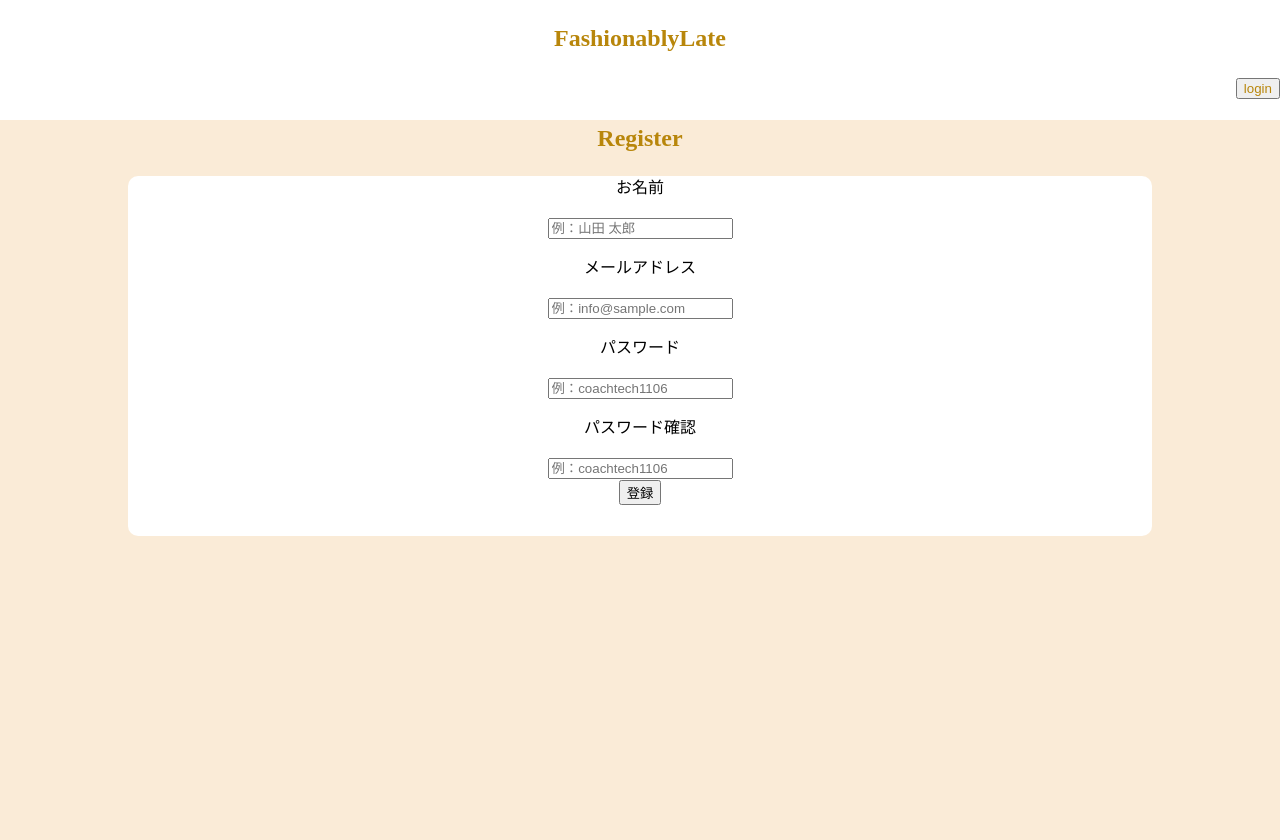
Repository: tokisiro/test-form
Page: http://localhost/register
The author's editor kept a copy of each file at every save. The page is drawn from the files as they stood at one save, then again after the next save.
The browser window is 1280 px wide. The pictures show the whole page.
The page is served by the project's Laravel application, run on PHP 8.4 with Laravel 8. A made-up administrator, Test User (test@example.com), is signed in. Other server files are loaded and not shown.

Above is the page before, as saved 2025-05-07 20:39:45.

### src/routes/web.php
<?php

use Illuminate\Support\Facades\Route;
use App\Http\Controllers\ContactController;
use App\Http\Controllers\UsersController;
use Laravel\Fortify\Http\Controllers\AuthenticatedSessionController;
use Laravel\Fortify\Http\Controllers\RegisteredUserController;
/*
|--------------------------------------------------------------------------
| Web Routes
|--------------------------------------------------------------------------
|
| Here is where you can register web routes for your application. These
| routes are loaded by the RouteServiceProvider within a group which
| contains the "web" middleware group. Now create something great!
|
*/

Route::get('/',[ContactController::class, 'index']);
Route::post('/confirm',[ContactController::class, 'confirm']);
Route::post('/create',[ContactController::class, 'create']);

Route::post('/admin',[UsersController::class, 'admin']);
Route::get('/register',[UsersController::class, 'register']);




Route::middleware('auth')->group(function () {
    Route::get('/admin', [UsersController::class, 'admin']);
});

### src/app/Models/User.php
<?php

namespace App\Models;

use Illuminate\Contracts\Auth\MustVerifyEmail;
use Illuminate\Database\Eloquent\Factories\HasFactory;
use Illuminate\Foundation\Auth\User as Authenticatable;
use Illuminate\Notifications\Notifiable;
use Laravel\Sanctum\HasApiTokens;

class User extends Authenticatable
{
    use HasApiTokens, HasFactory, Notifiable;
    protected $table = 'users';

    /**
     * The attributes that are mass assignable.
     *
     * @var array<int, string>
     */
    protected $fillable = [
        'name',
        'email',
        'password',
        'remember_token',
    ];

    /**
     * The attributes that should be hidden for serialization.
     *
     * @var array<int, string>
     */
    protected $hidden = [
        'password',
        'remember_token',
    ];

    /**
     * The attributes that should be cast.
     *
     * @var array<string, string>
     */
    protected $casts = [
        'email_verified_at' => 'datetime',
    ];

    public function contacts()
{
    return $this->hasMany(Contact::class);
}
}

### src/app/Http/Controllers/UsersController.php
<?php

namespace App\Http\Controllers;

use App\Models\Category;
use App\Models\Contact;
use App\Models\User;
use Illuminate\Http\Request;
use App\Http\Requests\RegisterUserRequest;

//管理者用
class UsersController extends Controller
{
    public function register(){
        return view('register');
    }
    public function create(RegisterUserRequest $request){
        $form = $request->all();
        User::create($form);
        return view('login');
    }
    public function login(){
        return view('login');
    }
    public function admin(){


        $contacts = Contact::all()->map(function($contact) {
        switch($contact->gender) {
        case 1:
            $contact->gender_text = '男性';
            break;
        case 2:
            $contact->gender_text = '女性';
            break;
        case 3:
            $contact->gender_text = 'その他';
            break;
        default:
            $contact->gender_text = '';
            break;
        }
        // お問い合わせ内容を変換
        switch($contact->category_id) {
        case 1:
            $contact->category_name = '商品のお届けについて';
            break;
        case 2:
            $contact->category_name = '商品の交換について';
            break;
        case 3:
            $contact->category_name = '商品トラブル';
            break;
        case 4:
            $contact->category_name = 'ショップへのお問い合わせ';
            break;
        case 5:
            $contact->category_name = 'その他';
            break;
        default:
            $contact->category_name = '';
            break;
        }
        return $contact;
    });

    // もしももともと contacts がなければ空のコレクションを設定
    if ($contacts->isEmpty()) {
        $contacts = collect();
    }

    // ビューに渡す
    return view('admin', ['contacts' => $contacts]);


    }
}

### src/resources/views/register.blade.php
<!DOCTYPE html>
<html lang="ja">
<head>
    <meta charset="UTF-8">
    <meta http-equiv="X-UA-Compatible" content="IE=edge">
    <meta name="viewport" content="width=device-width, initial-scale=1.0">
    <title>FashionablyLate</title>
    <link rel="stylesheet" href="css/sanitize.css" />
    <link rel="stylesheet" href="css/register.css" />
</head>
<body>
    <!--ユーザー登録ページ-->
    <header class="header">
        <div class="header__inner">
            <a class="header__logo" href="/">
                FashionablyLate
            </a>
        </div>
        <div class="header__button">
            <a  href="/login">
                <button class="header__button-item">
                    login
                </button>
            </a>
        </div>
    </header>
    <main>
        <div class="register-form">
            <div class="register-form__title">
                <h2>Register</h2>
            </div>
            <div class="register-form__content">
                    <div class="register-form__content-item">
                        <form action="/register" method="post">
                            @csrf
                            @if (count($errors) > 0)
                            <ul>
                                @foreach ($errors->all() as $error)
                                    <li>{{$error}}</li>
                                @endforeach
                            </ul>
                        @endif
                            <p>お名前</p>
                            <input type="text" name="name" value="{{ old('name') }}" placeholder="例：山田 太郎">
                            <p>メールアドレス</p>
                            <input type="email" name="email" value="{{ old('email') }}" placeholder="例：info@sample.com">
                            <p>パスワード</p>
                            <input type="password" name="password" placeholder="例：coachtech1106">
                            <p>パスワード確認</p>
                            <input type="password" name="password_confirmation" placeholder="例：coachtech1106">
                            <div class="register-form__button">
                            <button class="register-form__button-submit" type="submit">
                                登録
                            </button>
                        </div>
                        </form>
                    </div>
                <!--ボタン類を記述-->
                </div>
            </div>
        </div>
    </main>
</body>
</html>

### src/public/css/sanitize.css
/* Document
* ========================================================================== */

/**
* Add border box sizing in all browsers (opinionated).
*/

*,
::before,
::after {
    box-sizing: border-box;
}

/**
* 1. Add text decoration inheritance in all browsers (opinionated).
* 2. Add vertical alignment inheritance in all browsers (opinionated).
*/

::before,
::after {
    vertical-align: inherit;
    /* 2 */
    text-decoration: inherit;
    /* 1 */
}

/**
* 1. Use the default cursor in all browsers (opinionated).
* 2. Change the line height in all browsers (opinionated).
* 3. Use a 4-space tab width in all browsers (opinionated).
* 4. Remove the grey highlight on links in iOS (opinionated).
* 5. Prevent adjustments of font size after orientation changes in
*    IE on Windows Phone and in iOS.
* 6. Breaks words to prevent overflow in all browsers (opinionated).
*/

html {
    word-break: break-word;
    /* 6 */
    -moz-tab-size: 4;
    /* 3 */
    tab-size: 4;
    /* 3 */
    line-height: 1.5;
    /* 2 */
    cursor: default;
    /* 1 */

    -webkit-tap-highlight-color: transparent
        /* 4 */
    ;
    -ms-text-size-adjust: 100%;
    /* 5 */
    -webkit-text-size-adjust: 100%;
    /* 5 */
}

/* Sections
* ========================================================================== */

/**
* Remove the margin in all browsers (opinionated).
*/

body {
    margin: 0;
}

/**
* Correct the font size and margin on `h1` elements within `section` and
* `article` contexts in Chrome, Edge, Firefox, and Safari.
*/

h1 {
    margin: 0.67em 0;
    font-size: 2em;
}

/* Grouping content
* ========================================================================== */

/**
* Remove the margin on nested lists in Chrome, Edge, IE, and Safari.
*/

dl dl,
dl ol,
dl ul,
ol dl,
ul dl {
    margin: 0;
}

/**
* Remove the margin on nested lists in Edge 18- and IE.
*/

ol ol,
ol ul,
ul ol,
ul ul {
    margin: 0;
}

/**
* 1. Add the correct sizing in Firefox.
* 2. Show the overflow in Edge 18- and IE.
*/

hr {
    overflow: visible;
    /* 2 */
    height: 0;
    /* 1 */
}

/**
* Add the correct display in IE.
*/

main {
    display: block;
}

/**
* Remove the list style on navigation lists in all browsers (opinionated).
*/

nav ol,
nav ul {
    padding: 0;
    list-style: none;
}

/**
* 1. Correct the inheritance and scaling of font size in all browsers.
* 2. Correct the odd `em` font sizing in all browsers.
*/

pre {
    font-size: 1em;
    /* 2 */
    font-family: monospace, monospace;
    /* 1 */
}

/* Text-level semantics
* ========================================================================== */

/**
* Remove the gray background on active links in IE 10.
*/

a {
    background-color: transparent;
}

/**
* Add the correct text decoration in Edge 18-, IE, and Safari.
*/

abbr[title] {
    text-decoration: underline;
    text-decoration: underline dotted;
}

/**
* Add the correct font weight in Chrome, Edge, and Safari.
*/

b,
strong {
    font-weight: bolder;
}

/**
* 1. Correct the inheritance and scaling of font size in all browsers.
* 2. Correct the odd `em` font sizing in all browsers.
*/

code,
kbd,
samp {
    font-size: 1em;
    /* 2 */
    font-family: monospace, monospace;
    /* 1 */
}

/**
* Add the correct font size in all browsers.
*/

small {
    font-size: 80%;
}

/* Embedded content
* ========================================================================== */

/*
* Change the alignment on media elements in all browsers (opinionated).
*/

audio,
canvas,
iframe,
img,
svg,
video {
    vertical-align: middle;
}

/**
* Add the correct display in IE 9-.
*/

audio,
video {
    display: inline-block;
}

/**
* Add the correct display in iOS 4-7.
*/

audio:not([controls]) {
    display: none;
    height: 0;
}

/**
* Remove the border on iframes in all browsers (opinionated).
*/

iframe {
    border-style: none;
}

/**
* Remove the border on images within links in IE 10-.
*/

img {
    border-style: none;
}

/**
* Change the fill color to match the text color in all browsers (opinionated).
*/

svg:not([fill]) {
    fill: currentColor;
}

/**
* Hide the overflow in IE.
*/

svg:not(:root) {
    overflow: hidden;
}

/* Tabular data
* ========================================================================== */

/**
* Collapse border spacing in all browsers (opinionated).
*/

table {
    border-collapse: collapse;
}

/* Forms
* ========================================================================== */

/**
* Remove the margin on controls in Safari.
*/

button,
input,
select {
    margin: 0;
}

/**
* 1. Show the overflow in IE.
* 2. Remove the inheritance of text transform in Edge 18-, Firefox, and IE.
*/

button {
    overflow: visible;
    /* 1 */
    text-transform: none;
    /* 2 */
}

/**
* Correct the inability to style buttons in iOS and Safari.
*/

button,
[type="button"],
[type="reset"],
[type="submit"] {
    -webkit-appearance: button;
}

/**
* 1. Change the inconsistent appearance in all browsers (opinionated).
* 2. Correct the padding in Firefox.
*/

fieldset {
    padding: 0.35em 0.75em 0.625em;
    /* 2 */
    border: 1px solid #a0a0a0;
    /* 1 */
}

/**
* Show the overflow in Edge 18- and IE.
*/

input {
    overflow: visible;
}

/**
* 1. Correct the text wrapping in Edge 18- and IE.
* 2. Correct the color inheritance from `fieldset` elements in IE.
*/

legend {
    display: table;
    /* 1 */
    max-width: 100%;
    /* 1 */
    color: inherit;
    /* 2 */
    white-space: normal;
    /* 1 */
}

/**
* 1. Add the correct display in Edge 18- and IE.
* 2. Add the correct vertical alignment in Chrome, Edge, and Firefox.
*/

progress {
    display: inline-block;
    /* 1 */
    vertical-align: baseline;
    /* 2 */
}

/**
* Remove the inheritance of text transform in Firefox.
*/

select {
    text-transform: none;
}

/**
* 1. Remove the margin in Firefox and Safari.
* 2. Remove the default vertical scrollbar in IE.
* 3. Change the resize direction in all browsers (opinionated).
*/

textarea {
    overflow: auto;
    /* 2 */
    margin: 0;
    /* 1 */
    resize: vertical;
    /* 3 */
}

/**
* Remove the padding in IE 10-.
*/

[type="checkbox"],
[type="radio"] {
    padding: 0;
}

/**
* 1. Correct the odd appearance in Chrome, Edge, and Safari.
* 2. Correct the outline style in Safari.
*/

[type="search"] {
    outline-offset: -2px;
    /* 2 */

    -webkit-appearance: textfield;
    /* 1 */
}

/**
* Correct the cursor style of increment and decrement buttons in Safari.
*/

::-webkit-inner-spin-button,
::-webkit-outer-spin-button {
    height: auto;
}

/**
* Correct the text style of placeholders in Chrome, Edge, and Safari.
*/

::-webkit-input-placeholder {
    color: inherit;
    opacity: 0.54;
}

/**
* Remove the inner padding in Chrome, Edge, and Safari on macOS.
*/

::-webkit-search-decoration {
    -webkit-appearance: none;
}

/**
* 1. Correct the inability to style upload buttons in iOS and Safari.
* 2. Change font properties to `inherit` in Safari.
*/

::-webkit-file-upload-button {
    font: inherit;
    /* 2 */

    -webkit-appearance: button;
    /* 1 */
}

/**
* Remove the inner border and padding of focus outlines in Firefox.
*/

::-moz-focus-inner {
    padding: 0;
    border-style: none;
}

/**
* Restore the focus outline styles unset by the previous rule in Firefox.
*/

:-moz-focusring {
    outline: 1px dotted ButtonText;
}

/**
* Remove the additional :invalid styles in Firefox.
*/

:-moz-ui-invalid {
    box-shadow: none;
}

/* Interactive
* ========================================================================== */

/*
* Add the correct display in Edge 18- and IE.
*/

details {
    display: block;
}

/*
* Add the correct styles in Edge 18-, IE, and Safari.
*/

dialog {
    position: absolute;
    right: 0;
    left: 0;
    display: block;
    margin: auto;
    padding: 1em;
    width: -moz-fit-content;
    width: -webkit-fit-content;
    width: fit-content;
    height: -moz-fit-content;
    height: -webkit-fit-content;
    height: fit-content;
    border: solid;
    background-color: white;
    color: black;
}

dialog:not([open]) {
    display: none;
}

/*
* Add the correct display in all browsers.
*/

summary {
    display: list-item;
}

/* Scripting
* ========================================================================== */

/**
* Add the correct display in IE 9-.
*/

canvas {
    display: inline-block;
}

/**
* Add the correct display in IE.
*/

template {
    display: none;
}

/* User interaction
* ========================================================================== */

/*
* 1. Remove the tapping delay in IE 10.
* 2. Remove the tapping delay on clickable elements
in all browsers (opinionated).
*/

a,
area,
button,
input,
label,
select,
summary,
textarea,
[tabindex] {
    -ms-touch-action: manipulation;
    /* 1 */
    touch-action: manipulation;
    /* 2 */
}

/**
* Add the correct display in IE 10-.
*/

[hidden] {
    display: none;
}

/* Accessibility
* ========================================================================== */

/**
* Change the cursor on busy elements in all browsers (opinionated).
*/

[aria-busy="true"] {
    cursor: progress;
}

/*
* Change the cursor on control elements in all browsers (opinionated).
*/

[aria-controls] {
    cursor: pointer;
}

/*
* Change the cursor on disabled, not-editable, or otherwise
* inoperable elements in all browsers (opinionated).
*/

[aria-disabled="true"],
[disabled] {
    cursor: not-allowed;
}

/*
* Change the display on visually hidden accessible elements
* in all browsers (opinionated).
*/

[aria-hidden="false"][hidden] {
    display: initial;
}

[aria-hidden="false"][hidden]:not(:focus) {
    position: absolute;
    clip: rect(0, 0, 0, 0);
}

### src/public/css/register.css

.header {
    background-color: white;

}

.header__inner
{
    margin: 0 auto;
    padding: 20px 15px;
    max-width: 1230px;
    text-align: center;
}

.header__logo {
    color: #B8860B;
    text-decoration: none;
    font-weight: bold;
    font-size: 24px;
    font-family: serif;
}

.header__button{
    position: relative;
    text-align: right;
}

.header__button-item{
    color: #B8860B;
    background-color: ;
}


.register-form {
    background-color: antiquewhite;
    height: 100vh;
    text-align: center;
}

.register-form__title{
    color: #B8860B;
    font-family: serif;
}

.register-form__content{
    background-color: white;
    width: 80%;
    height: 50%;
    margin: 0 auto;
    border-radius: 10px;
}

Loaded but not shown: src/app/Http/Controllers/Controller.php (common file)

After the next save:
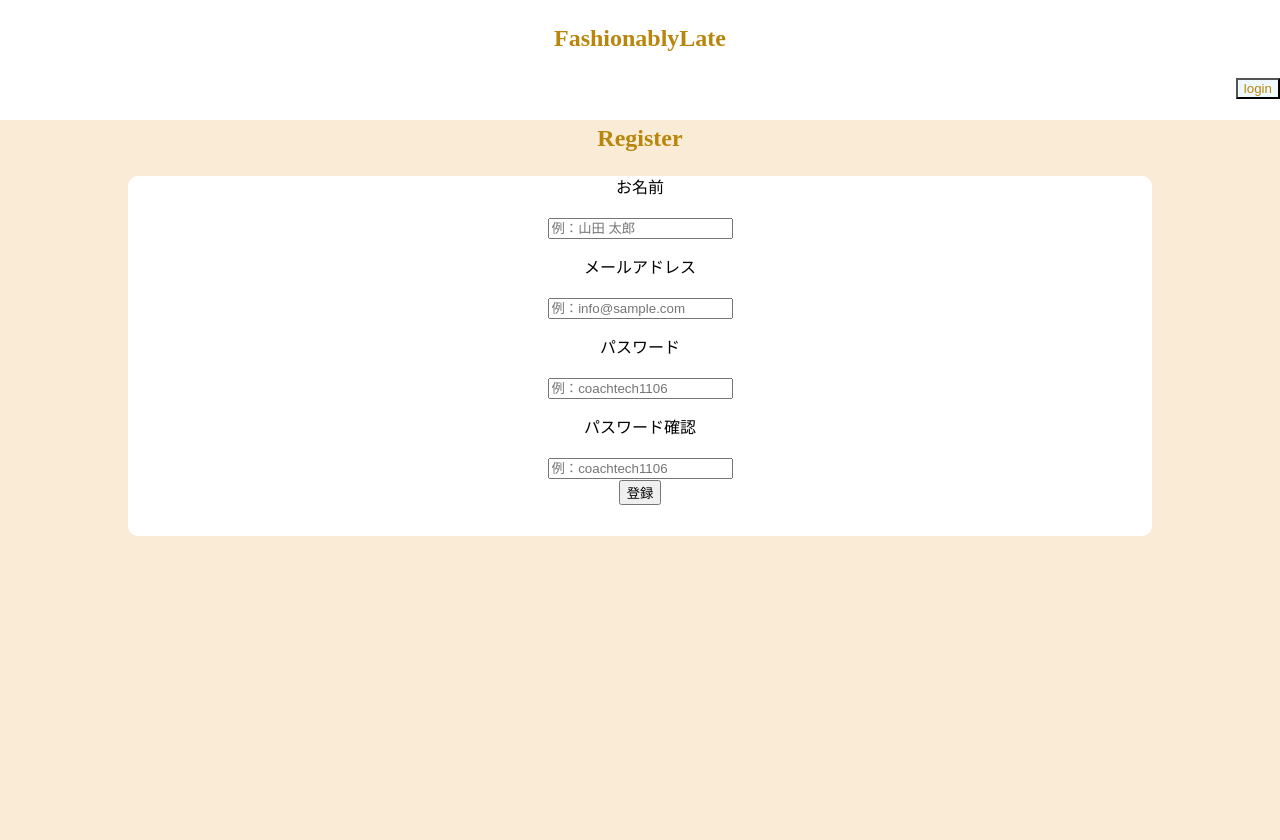
Saved 6 s later.
--- a/src/public/css/register.css
+++ b/src/public/css/register.css
@@ -27,7 +27,7 @@
 
 .header__button-item{
     color: #B8860B;
-    background-color: ;
+    background-color: aliceblue;
 }
 
 

After the save that followed:
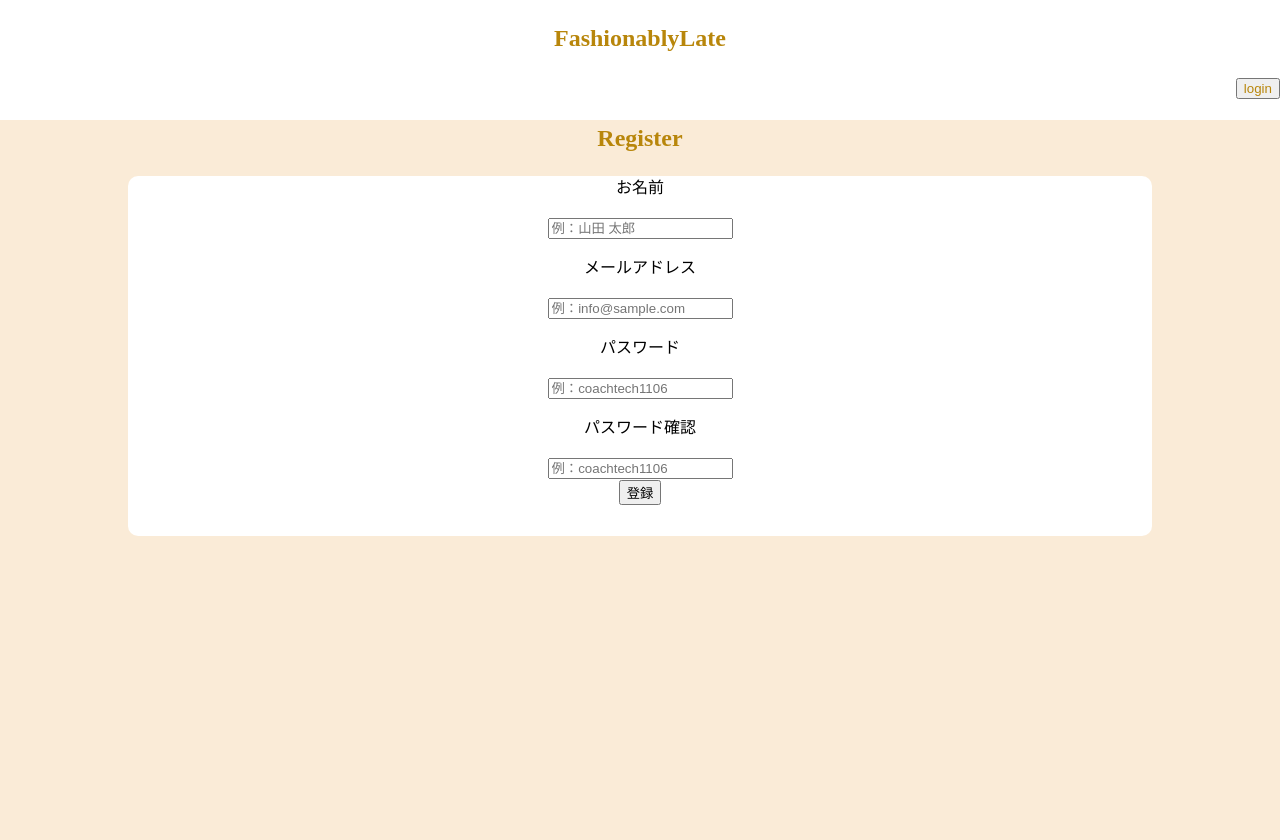
Saved 25 s later.
--- a/src/public/css/register.css
+++ b/src/public/css/register.css
@@ -27,7 +27,7 @@
 
 .header__button-item{
     color: #B8860B;
-    background-color: aliceblue;
+    background-color: ;
 }
 
 
